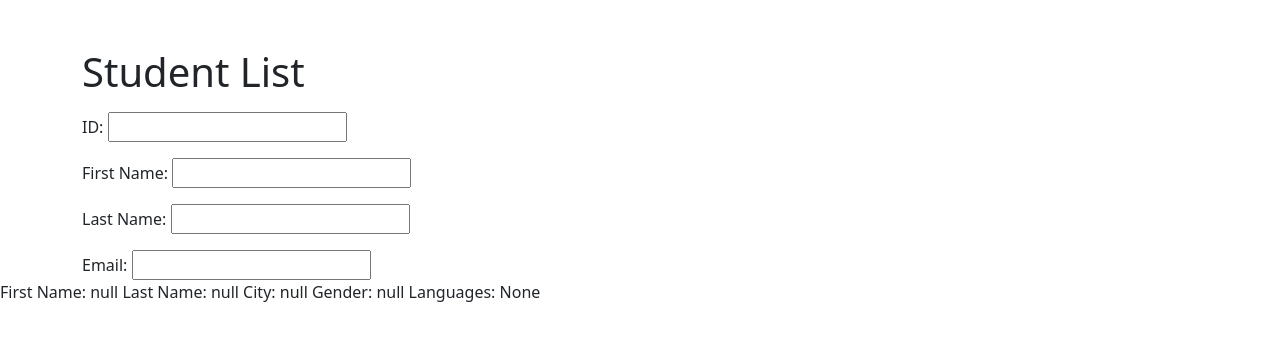
Repository: SuyashAwasthy/Javaee
Page: http://localhost/11-student-mvc-db/list-student.jsp
An editor plug-in stored every save of this project. The page is shown before and after the next save, followed by the edit.
The browser window is 1280 px wide. The pictures show the whole page.
The page is served by Tomcat 9.

Above is the page before, as saved 2024-07-17 06:56:18.

After the next save:
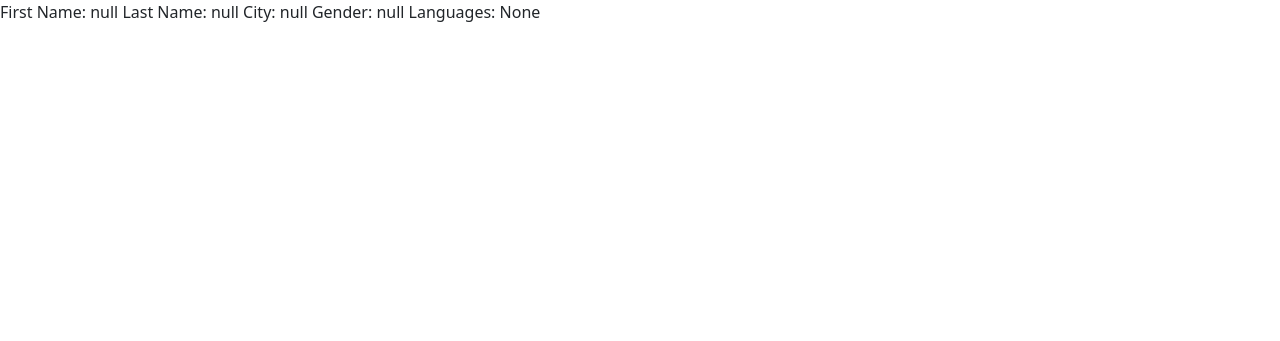
Saved 56 s later.
--- a/11-student-mvc-db/WebContent/list-student.jsp
+++ b/11-student-mvc-db/WebContent/list-student.jsp
@@ -18,28 +18,6 @@
 	crossorigin="anonymous"></script>
 </head>
 <body>
-<div class="container mt-5">
-		<form action="StudentController" method="get">
-			<h1>Student List</h1>
-			<div class="form-group mt-3">
-				<label for="id">ID:</label> <input type="text"
-					id="id" name="id" required>
-			</div>
-			<div class="form-group mt-3">
-				<label for="first-name">First Name:</label> <input type="text"
-					id="first-name" name="first-name" required>
-			</div>
-			<div class="form-group mt-3">
-				<label for="last-name">Last Name:</label> <input type="text"
-					id="last-name" name="last-name" required>
-			</div>
-			<div class="form-group mt-3">
-				<label for="email">Email:</label> <input type="text"
-					id="email" name="email" required>
-			</div>
-
-		</form>
-	</div>
 
 	<div>
 		First Name:
